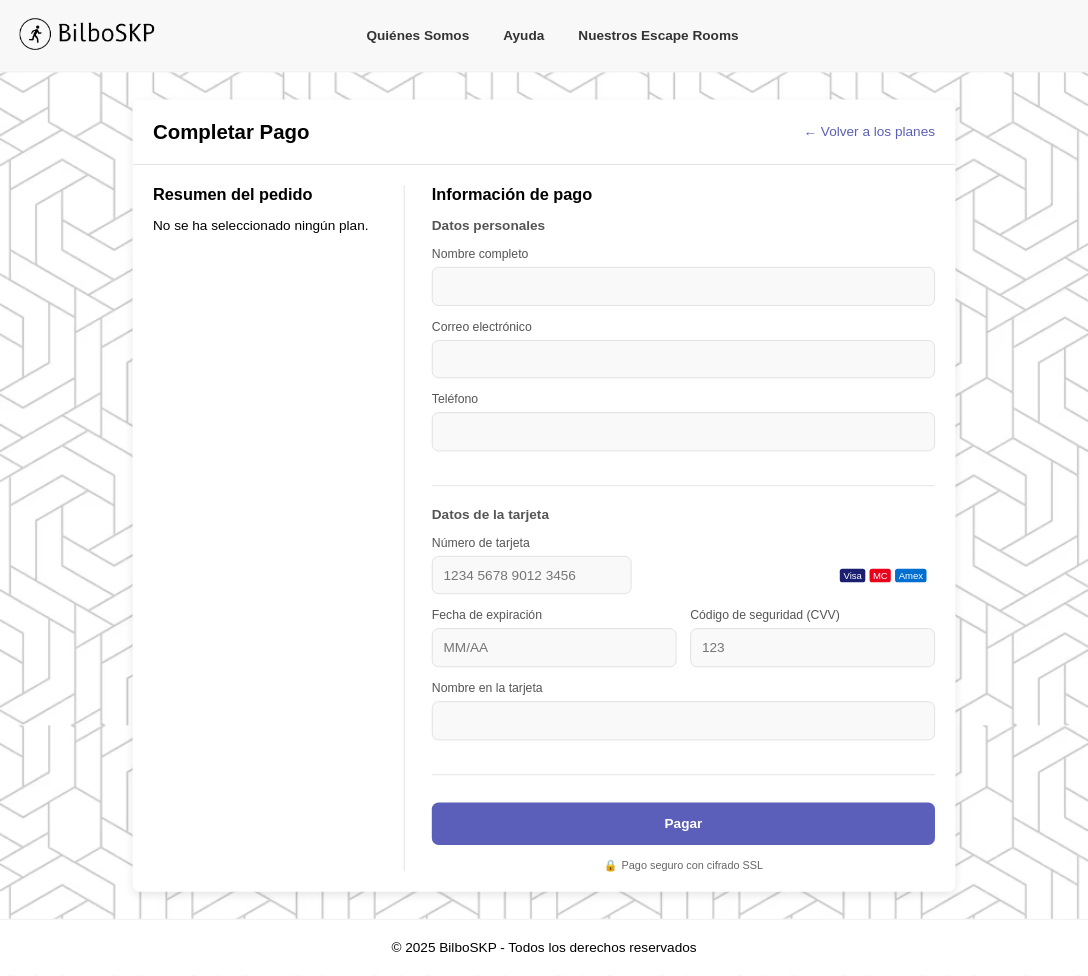
Repository: Andrew1447/Reto3-main
Page: http://localhost/bilboSKP/Pasarela.jsp
An editor plug-in stored every save of this project. The page is shown before and after the next save, followed by the edit.
The browser window is 1280 px wide. The pictures show the whole page, at 85% of full size.
Backgrounds fixed to the window are drawn as part of the page. Some web fonts or font styles are not loaded; a fallback is used. The page is served by Tomcat 9.

Above is the page before, as saved 2025-04-26 11:53:28.

After the next save:
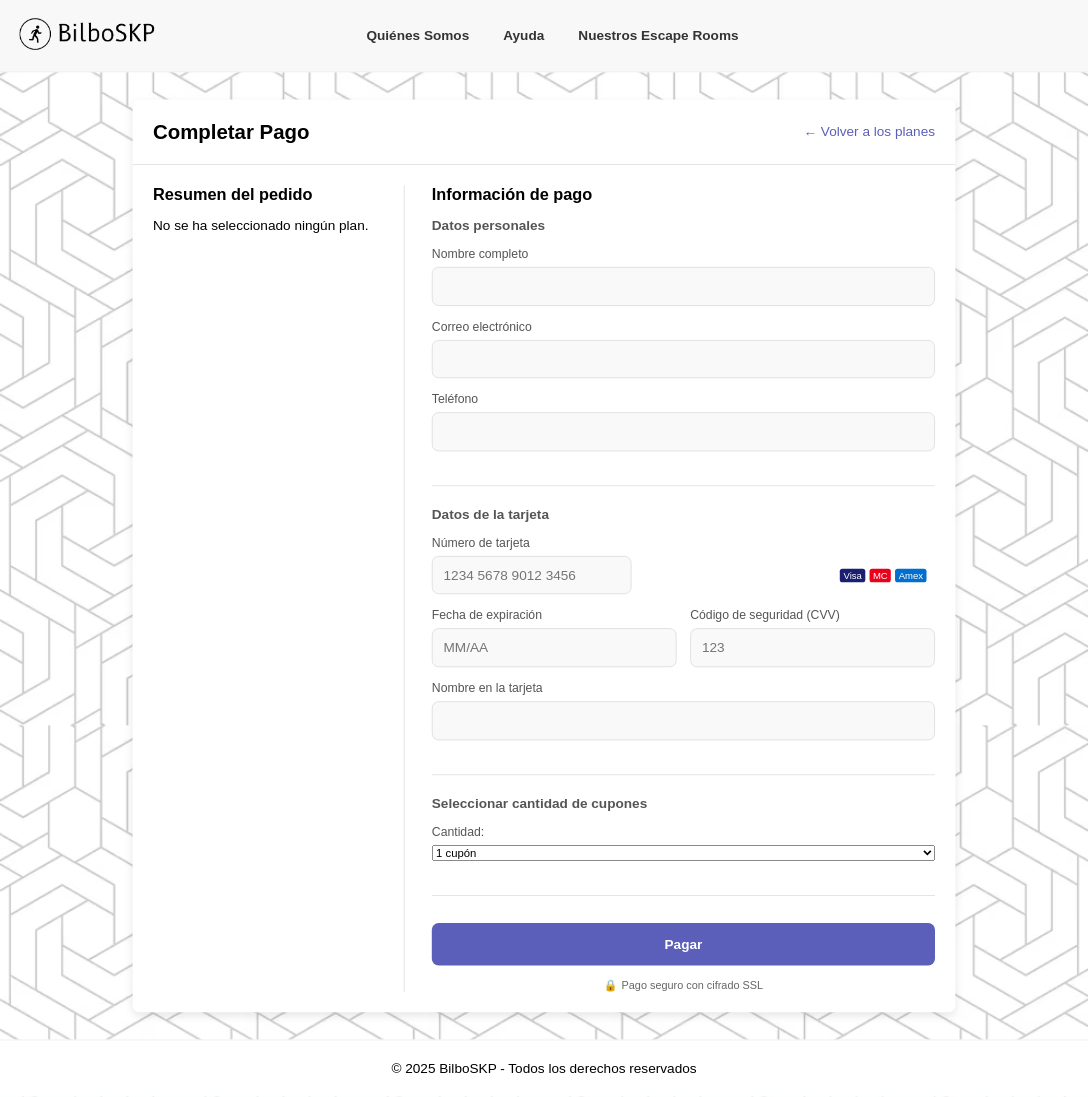
Saved 18 s later.
--- a/bilboSKP/src/main/webapp/Pasarela.jsp
+++ b/bilboSKP/src/main/webapp/Pasarela.jsp
@@ -31,25 +31,25 @@
             <div class="order-summary">
                 <h3>Resumen del pedido</h3>
                 <%
-                    String planNombre = request.getParameter("planNombre");
-                    if (planNombre != null && !planNombre.isEmpty()) {
+                    String planNombreMostrar = request.getParameter("planNombre");
+                    if (planNombreMostrar != null && !planNombreMostrar.isEmpty()) {
                 %>
-                    <h4><%= planNombre %></h4>
+                    <h4><%= planNombreMostrar %></h4>
                 <%
                     }
                 %>
                 <%
-                    String planPrecio = request.getParameter("planPrecio");
-                    if (planNombre != null && !planNombre.isEmpty() && planPrecio != null && !planPrecio.isEmpty()) {
+                    String planPrecioMostrar = request.getParameter("planPrecio");
+                    if (planNombreMostrar != null && !planNombreMostrar.isEmpty() && planPrecioMostrar != null && !planPrecioMostrar.isEmpty()) {
                 %>
                     <div class="selected-plan">
                         <div class="plan-header">
                         </div>
                         <div class="plan-details">
-                            <div class="plan-price"><%= planPrecio %></div>
+                            <div class="plan-price"><%= planPrecioMostrar %></div>
                         </div>
                     </div>
-                 <%
+                <%
                     } else {
                 %>
                     <p>No se ha seleccionado ningún plan.</p>
@@ -60,7 +60,7 @@
 
             <div class="payment-form-container">
                 <h3>Información de pago</h3>
-                <form id="payment-form" class="payment-form">
+                <form id="payment-form" class="payment-form" action="ProcesarPagoServlet" method="post">
                     <div class="form-section">
                         <h4>Datos personales</h4>
                         <div class="form-row">
@@ -116,21 +116,25 @@
                         </div>
                     </div>
 
+                    <div class="form-section">
+                        <h4>Seleccionar cantidad de cupones</h4>
+                        <div class="form-row">
+                            <div class="form-group">
+                                <label for="cantidadCupones">Cantidad:</label>
+                                <select id="cantidadCupones" name="cantidadCupones">
+                                    <option value="1">1 cupón</option>
+                                    <option value="5">5 cupones</option>
+                                    <option value="10">10 cupones</option>
+                                    <option value="20">20 cupones</option>
+                                </select>
+                            </div>
+                        </div>
+                    </div>
+
                     <div class="payment-actions">
-                        <form action="ProcesarPagoServlet" method="post">
-                            <%
-                                String planNombrePago = request.getParameter("planNombre");
-                                String planPrecioPago = request.getParameter("planPrecio");
-                                // Asumo que la cantidad de cupones está fija en 5 para este ejemplo
-                                int cantidadCupones = 5;
-                                // Asumo que tienes el nombre de usuario en la sesión
-                                String nombreUsuario = (String) session.getAttribute("nombreUsuario");
-                            %>
-                            <input type="hidden" name="planNombre" value="<%= planNombrePago %>">
-                            <input type="hidden" name="planPrecio" value="<%= planPrecioPago %>">
-                            <input type="hidden" name="cantidadCupones" value="<%= cantidadCupones %>">
-                            <button type="submit" class="pay-button">Pagar</button>
-                        </form>
+                        <input type="hidden" name="planNombre" value="<%= planNombreMostrar %>">
+                        <input type="hidden" name="planPrecio" value="<%= planPrecioMostrar %>">
+                        <button type="submit" class="pay-button">Pagar</button>
                         <div class="secure-payment">
                             <span class="lock-icon">🔒</span> Pago seguro con cifrado SSL
                         </div>

After the save that followed:
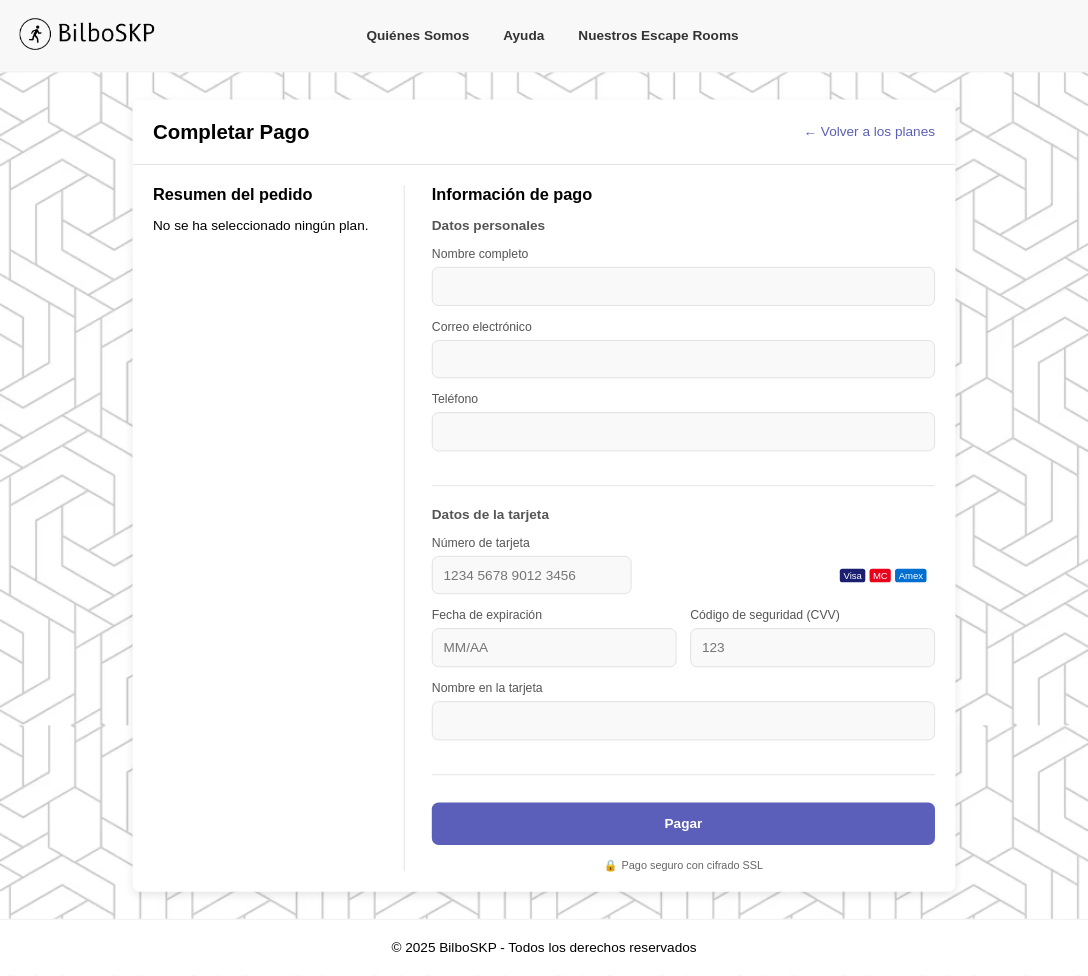
Saved 11 min 20 s later.
--- a/bilboSKP/src/main/webapp/Pasarela.jsp
+++ b/bilboSKP/src/main/webapp/Pasarela.jsp
@@ -116,20 +116,7 @@
                         </div>
                     </div>
 
-                    <div class="form-section">
-                        <h4>Seleccionar cantidad de cupones</h4>
-                        <div class="form-row">
-                            <div class="form-group">
-                                <label for="cantidadCupones">Cantidad:</label>
-                                <select id="cantidadCupones" name="cantidadCupones">
-                                    <option value="1">1 cupón</option>
-                                    <option value="5">5 cupones</option>
-                                    <option value="10">10 cupones</option>
-                                    <option value="20">20 cupones</option>
-                                </select>
-                            </div>
-                        </div>
-                    </div>
+
 
                     <div class="payment-actions">
                         <input type="hidden" name="planNombre" value="<%= planNombreMostrar %>">
